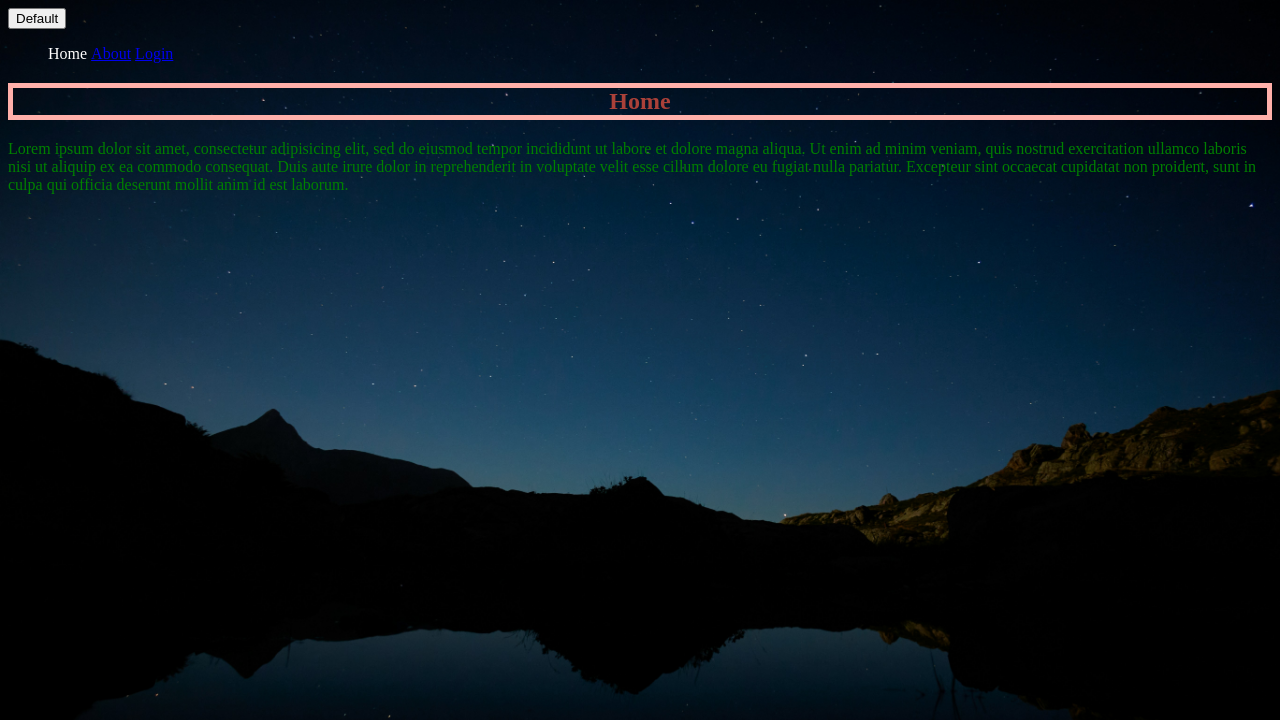
Repository: rileymeye1/ZTM
Page: project_files/index.html
An editor plug-in stored every save of this project. The page is shown before and after the next save, followed by the edit.
The browser window is 1280 px wide. The pictures show the whole page.

Above is the page before, as saved 2024-08-19 16:40:45.

### project_files/index.html

<!DOCTYPE html>
<html>
<head>
  <title>My first website!</title>
  <link rel="stylesheet" type="text/css" href="style.css">
</head>
<body>
  <button class="btn btn-primary">Default</button>
  <header>
    <nav>
      <ul>
        <li>Home</li>
        <li><a href="about.html">About</a></li>
        <li><a href="login.html">Login</a></li>
      </ul>
    </nav>
  </header>
  <section>
    <h2>Home</h2>
    <p>Lorem ipsum dolor sit amet, consectetur adipisicing elit, sed do eiusmod
    tempor incididunt ut labore et dolore magna aliqua. Ut enim ad minim veniam,
    quis nostrud exercitation ullamco laboris nisi ut aliquip ex ea commodo
    consequat. Duis aute irure dolor in reprehenderit in voluptate velit esse
    cillum dolore eu fugiat nulla pariatur. Excepteur sint occaecat cupidatat non
    proident, sunt in culpa qui officia deserunt mollit anim id est laborum.</p>
  </section>
</body>
</html>

### project_files/style.css
/* Selector {
  Property: value;
} */

body {
  background-image: url(background.jpg);
  background-size: cover;
}

h2 {
  color: #AA4139;
  text-align: center;
  border: 5px solid rgb(255, 176, 170);
  cursor: pointer;
}

p {
  color: pink;
}

p {
  color: green;
}

li {
  list-style: none;
  color: white;
  display: inline-block;
}

After the next save:
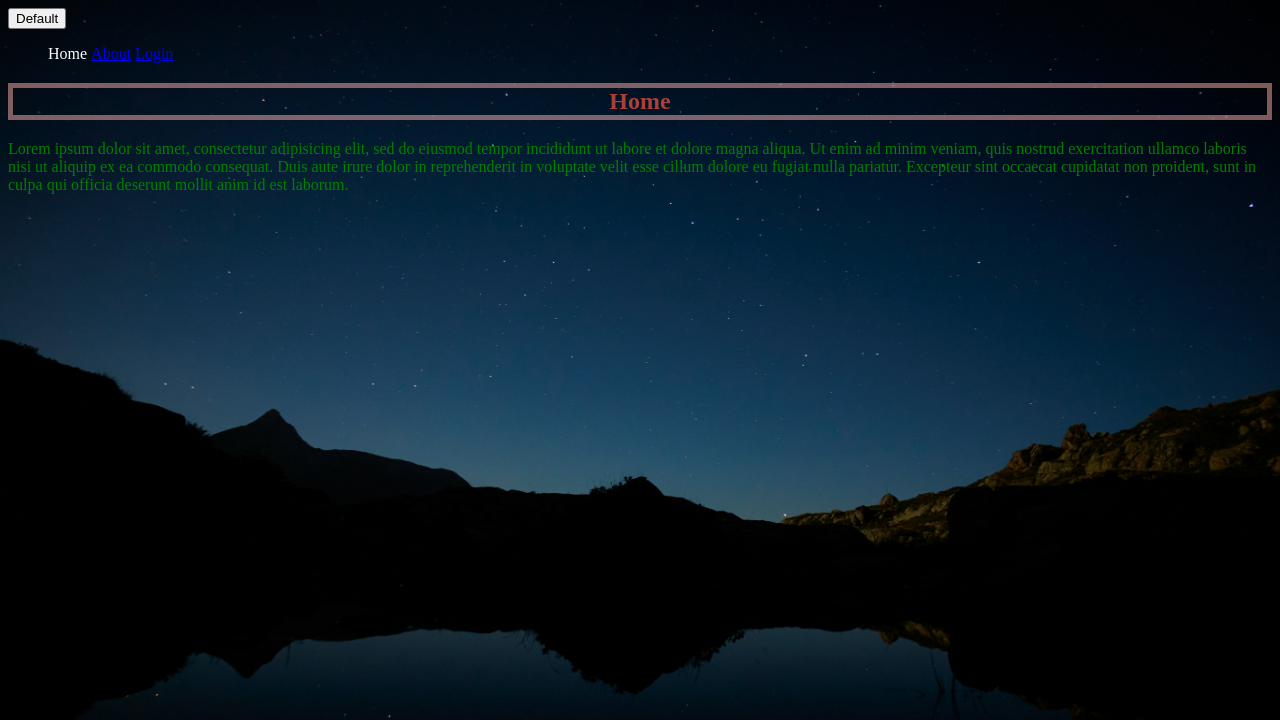
Saved 57 s later.
--- a/project_files/style.css
+++ b/project_files/style.css
@@ -10,7 +10,7 @@
 h2 {
   color: #AA4139;
   text-align: center;
-  border: 5px solid rgb(255, 176, 170);
+  border: 5px solid rgb(255, 176, 170, 0.5);
   cursor: pointer;
 }
 
